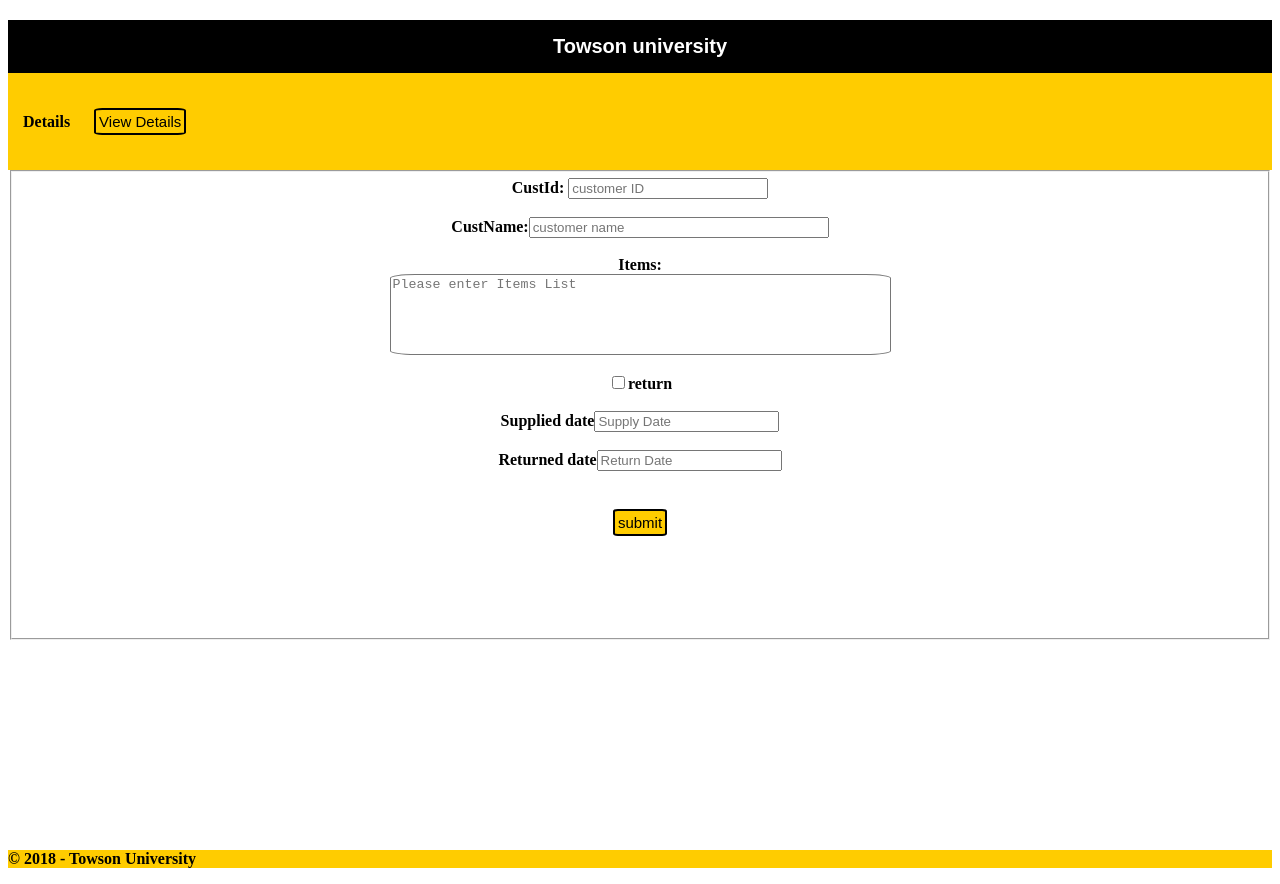
Repository: DatabaseCOSC578/eclipse-workspace11
Page: http://localhost/Supervisor/Supervisor.jsp
The author's editor kept a copy of each file at every save. The page is drawn from the files as they stood at one save, then again after the next save.
The browser window is 1280 px wide. The pictures show the whole page.
The page is served by Tomcat 9. Other server files are loaded and not shown.

Above is the page before, as saved 2018-04-15 20:05:25.

### Supervisor/WebContent/Supervisor.jsp
<html>
<head>
    <link href="css/layout1.css" rel="stylesheet">
</head>
<body>
<header><center>Towson university</center></header>
<form name="inputdetails" action="store" method="post" id="form1">
<div><b>Details</b>


<button id ="b1" type="submit" formaction="Supervisorshow.jsp">View Details</button>


</div>
<fieldset><center>

<b>CustId:</b> <input type=text style="width: 200px;" name="custid " placeholder="customer ID"><br><br>
<b>CustName:</b><input type=text style="width: 300px; align:center;" name="custname" placeholder="customer name "><br><br>
<b>Items:<b/><br/>
<textarea rows="5" cols="60"  maxlength="260" name="items" placeholder="Please enter Items List">
</textarea> <br><br>
<input type=checkbox name="return" value=1>return<br><br>
Supplied date<input type=text name="sdate" placeholder="Supply Date" ><br><br>
Returned date<input type=text name="rdate" placeholder="Return Date" ><br><br>
<input type=submit value=submit> <br><br><br><br><br>
</center></fieldset>
</form>
</body>
<footer> &copy 2018 - Towson University</footer>
</html>

### Supervisor/WebContent/css/layout1.css
header {
	position: relative;
	color: #FFFFFF;
	font-family: sans-serif;
	font-size: 20px;
	text-align:left;
	background-color: #000000;
	margin: 20;
	margin-left:0;
	margin-bottom:0;
	margin-right:0;

	padding: 15;
	font-weight:700;
}

div {
	background-color: #fc0;
	margin: 0;
	margin-top:0;
	padding: 15;
}

#fs {
	margin-top: 5;
	border: solid;
}

footer {
	font-weight: 800;
	text-color: solid #000000;
	background-color: #fc0;
	margin-top: 210;
}
textarea{
	resize:none;
	border-radius:5%;
}
input[type="submit"] {
	align:center;
	margin: 20px;
	background-color: #fc0;
	padding: 3;
	text-align:center;
	text-weight: 700;
	border: solid 2px;
	font-size: 15;
	border-radius: 9%;
}
input[type="submit"]:hover {
	cursor:pointer;
}

#abc{
align:center;
margin-left:800;
}

#b1 {
		align:center;
	margin: 20px;
	background-color: #fc0;
	padding: 3;
	text-align:center;
	text-weight: 700;
	border: solid 2px;
	font-size: 15;
	border-radius: 9%;
}

After the next save:
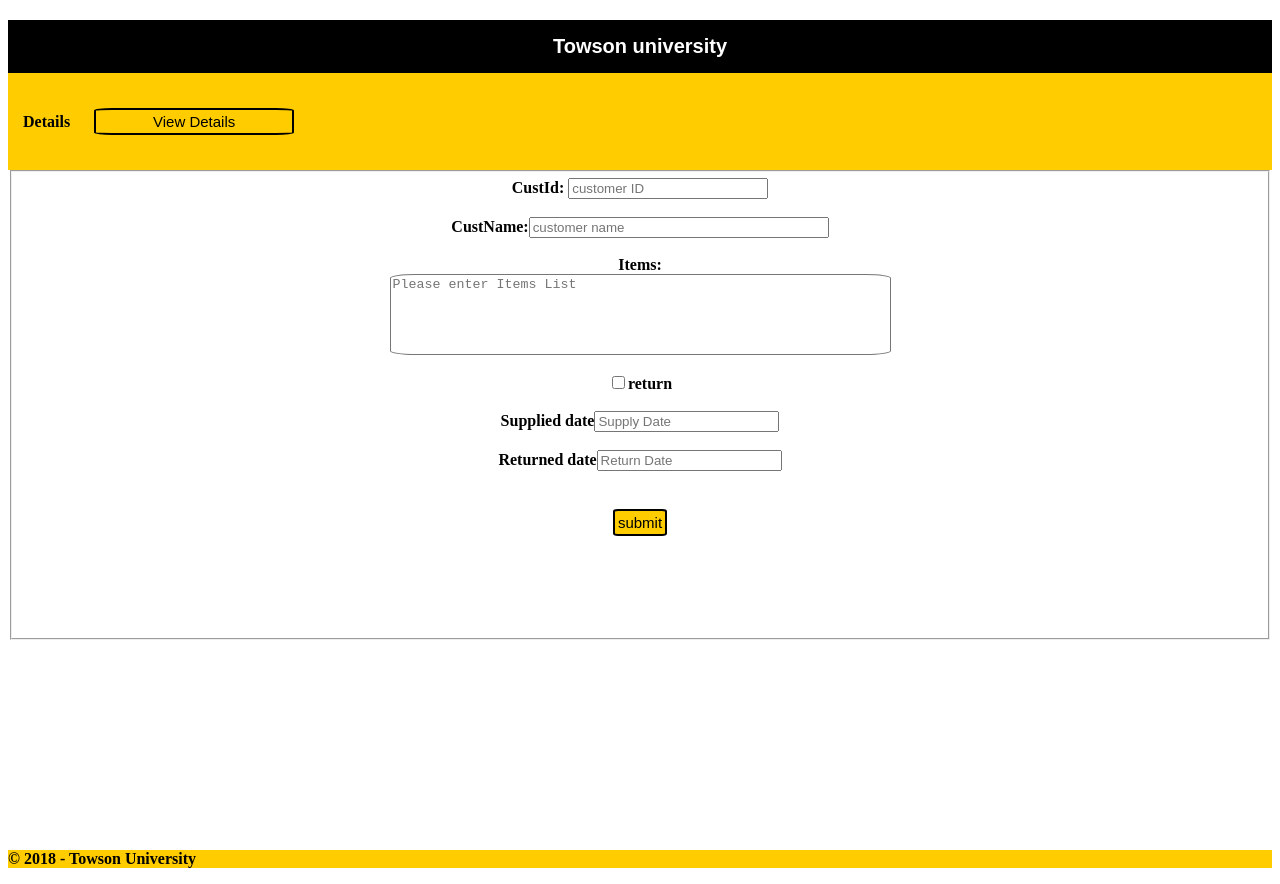
Saved 29 s later.
--- a/Supervisor/WebContent/Supervisor.jsp
+++ b/Supervisor/WebContent/Supervisor.jsp
@@ -8,7 +8,7 @@
 <div><b>Details</b>
 
 
-<button id ="b1" type="submit" formaction="Supervisorshow.jsp">View Details</button>
+<button id ="b1" type="submit" style="width: 200px; "formaction="Supervisorshow.jsp">View Details</button>
 
 
 </div>

After the 2 saves that followed:
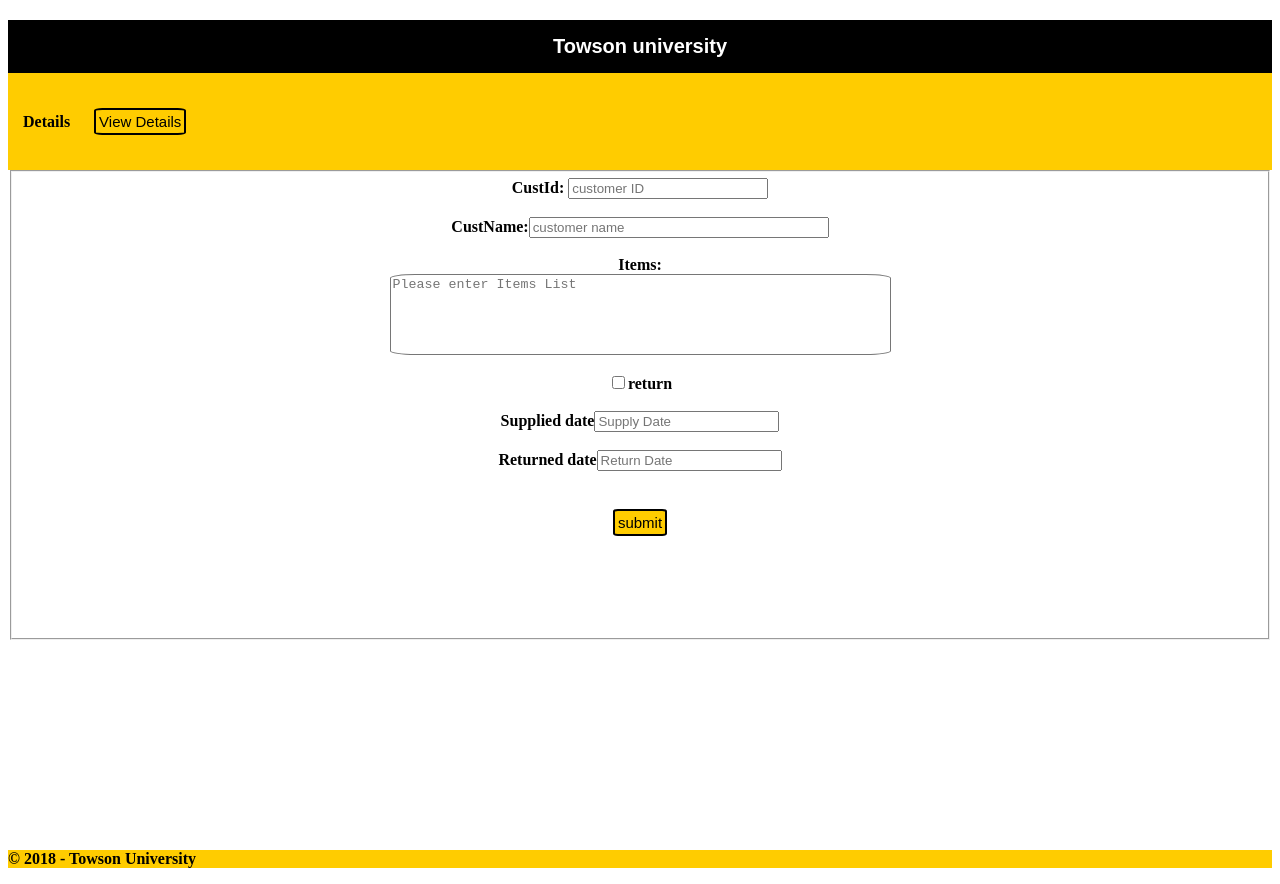
The 2 saves are shown as one change because 1 left the picture as it was.
The last was saved 100 s later.
--- a/Supervisor/WebContent/Supervisor.jsp
+++ b/Supervisor/WebContent/Supervisor.jsp
@@ -8,7 +8,7 @@
 <div><b>Details</b>
 
 
-<button id ="b1" type="submit" style="width: 200px; "formaction="Supervisorshow.jsp">View Details</button>
+<button id ="b1" type="submit" formaction="/Supervisorshow.jsp">View Details</button>
 
 
 </div>
